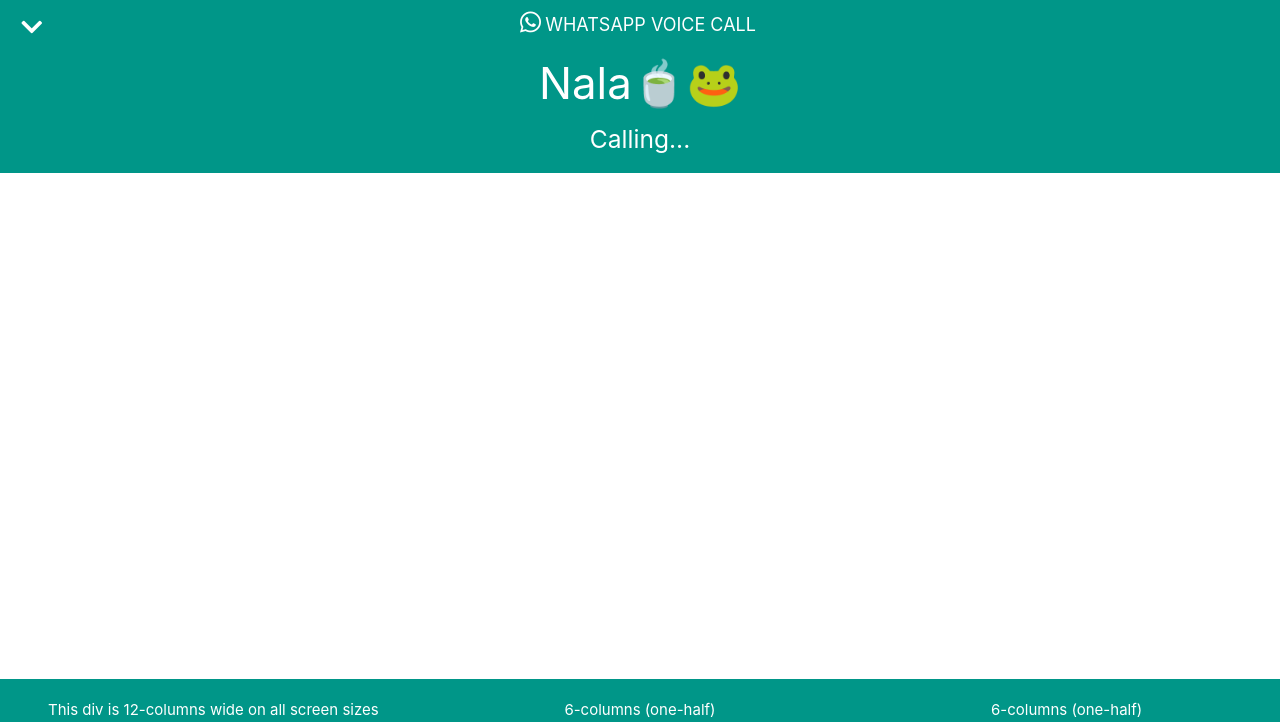
Repository: Ajtheult/Whatsapp_recreation
Page: /voice-call
The author's editor kept a copy of each file at every save. The page is drawn from the files as they stood at one save, then again after the next save.
The browser window is 1280 px wide. The pictures show the whole page.
The project was rebuilt for these pictures with package versions that can differ from the ones it lists, and the page was loaded fresh each time. Also part of the build but not shown: src/components/layout/navbar/Navbar.js, src/components/layout/pages/ChatMenu.js, src/components/layout/pages/StatusMenu.js, src/components/layout/pages/CallMenu.js, src/components/layout/navbar/ContactNav.js, src/components/layout/pages/ContactMenu.js, src/components/layout/pages/preapp/LandingPage.js.

Above is the page before, as saved 2020-08-03 23:15:27.

After the next save:
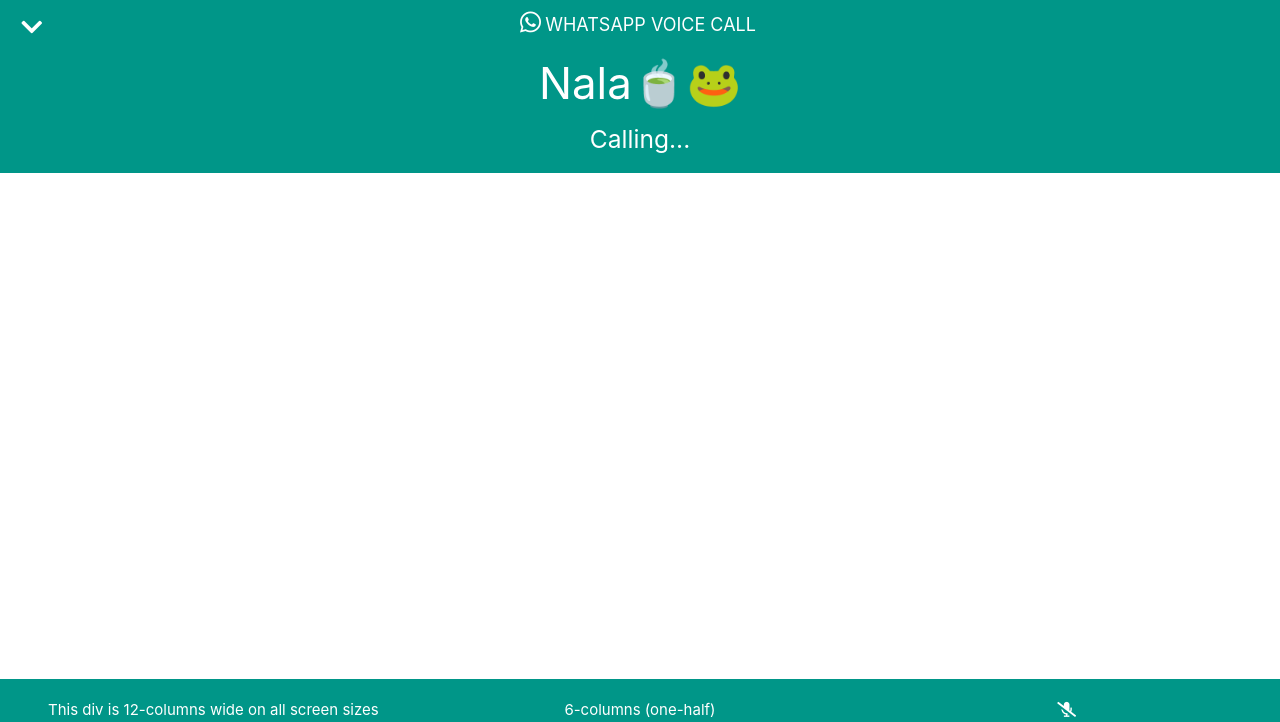
Saved 50 s later.
--- a/src/components/layout/pages/callpages/VoiceCall.js
+++ b/src/components/layout/pages/callpages/VoiceCall.js
@@ -13,7 +13,9 @@
               This div is 12-columns wide on all screen sizes
             </div>
             <div class="col s4">6-columns (one-half)</div>
-            <div class="col s4">6-columns (one-half)</div>
+            <div class="col s4">
+              <i class="fas fa-microphone-slash"></i>
+            </div>
           </div>
         </footer>
       </div>
